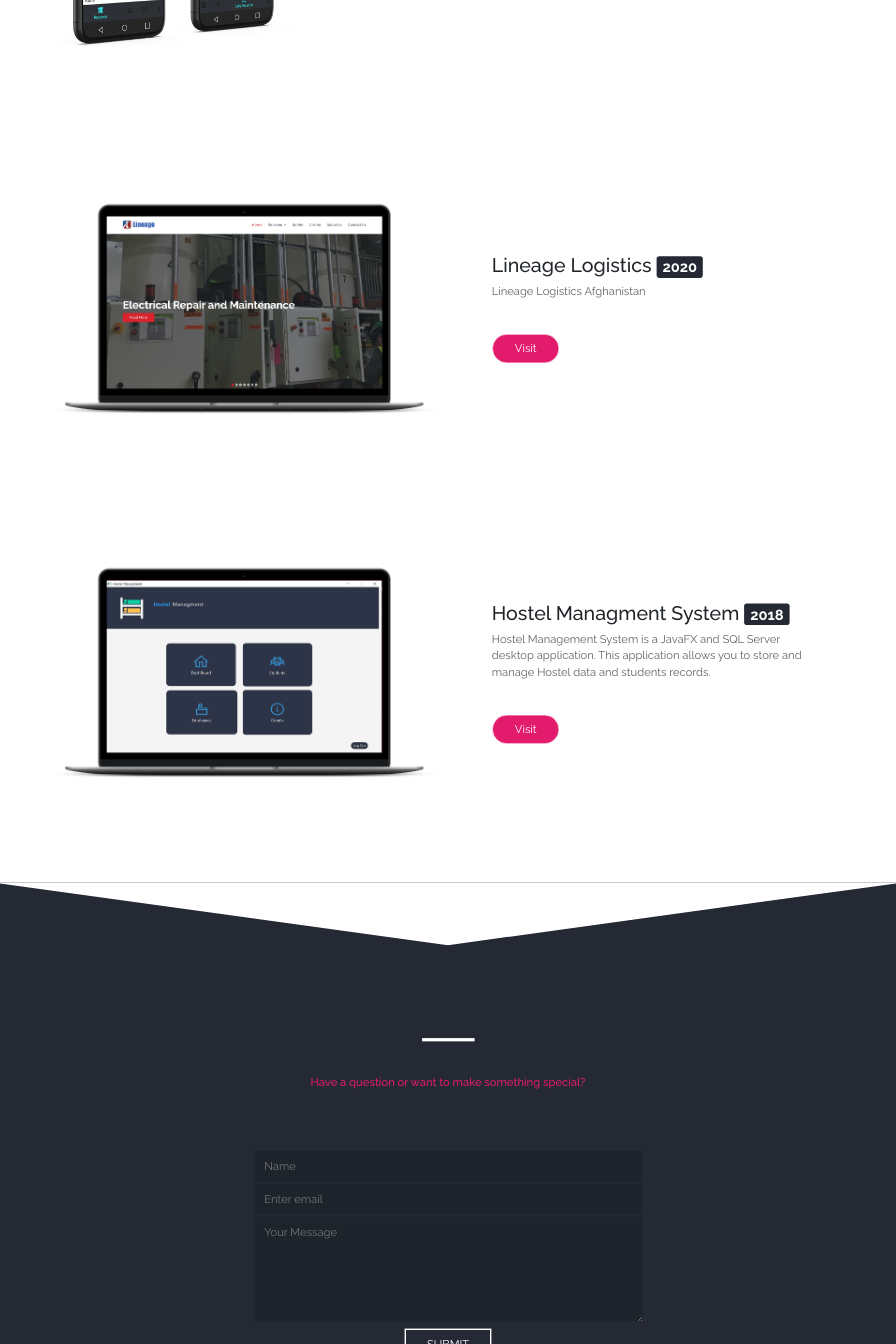
Repository: wasiqkhan/wasiqkhan.github.io
Page: index.html
These files come from the project's save history. The page is drawn as it stood at one moment and after the next save; the edit follows.
The browser window is 1280 px wide. The pictures show the part of the page from y = 2620 to 4540 px (the page is 5002 px tall), at 70% of full size.
Some web fonts or font styles are not loaded; a fallback is used.

Above is the page before, as saved 2020-12-03 00:49:34.
Not found: js/all.js
Not found: js/app.js
Not found: js/particles.js

### index.html
<!DOCTYPE html>
<html lang="en">
  <!-- Start of Async Drift Code -->
<script>
  "use strict";!function(){var r=window.driftt=window.drift=window.driftt||[];if(!r.init){if(r.invoked)return window.console&&console.error&&console.error("Drift snippet included twice.");r.invoked=!0,r.methods=["identify","config","track","reset","debug","show","ping","page","hide","off","on"],r.factory=function(e){return function(){var t=Array.prototype.slice.call(arguments);return t.unshift(e),r.push(t),r}},r.methods.forEach(function(t){r[t]=r.factory(t)}),r.load=function(t){var e=3e5*Math.ceil(new Date/3e5),r=document.createElement("script");r.type="text/javascript",r.async=!0,r.crossorigin="anonymous",r.src="https://js.driftt.com/include/"+e+"/"+t+".js";var n=document.getElementsByTagName("script")[0];n.parentNode.insertBefore(r,n)}}}(),drift.SNIPPET_VERSION="0.3.1",drift.load("8faar6gaz2cs");
  </script>
  <!-- End of Async Drift Code -->
  <head>
    <meta charset="UTF-8" />
    <meta name="viewport" content="width=device-width, initial-scale=1.0" />
    <meta http-equiv="X-UA-Compatible" content="ie=edge" />
    <meta content="Wasiq Ahmadzai Web and Mobile App Developer" name="descriptison" />
    <meta content="MERN Reactjs ReactNative Nodejs JavaScript" name="keywords" />
    <meta property="og:title" content="Mohammad Wasiq | Portfolio" />
    <meta
      property="og:description"
      content="Web and Mobile App Developer"
    />
    <meta
      property="og:image"
      content="./img/link.PNG"
    />
    <meta property="og:url" content="https://wasiqkhan.github.io/" />
    <meta name="twitter:card" content="summary_large_image">
    <meta name="twitter:site" content="https://wasiqkhan.github.io/">
    <meta name="twitter:title" content="Mohammad Wasiq | Web & Mobile App Developer" />
    <meta name="twitter:description" content="Mohammad Wasiq is a Web and Mobile App Developer with experience in MERN Stack React Native"/>
    <meta name="twitter:creator" content="Mohammad Wasiq">

    <meta
      name="twitter:image"
      content="https://github.com/wasiqkhan/wasiqkhan.github.io/blob/master/img/link.PNG"
    />

    <link href="https://fonts.googleapis.com/css?family=Raleway:400,500,600,700,800&display=swap" rel="stylesheet">
    <link href="https://fonts.googleapis.com/icon?family=Material+Icons" rel="stylesheet">
    <link
    href="./css/materialdesignicons.min.css"
    media="all"
    rel="stylesheet"
  />
    <link type="text/css" rel="stylesheet" href="./css/style.css" />
    <link type="text/css" rel="stylesheet" href="./css/bootstrap.min.css" />

    <link type="text/css" rel="stylesheet" href="./css/lightbox.css" />
    <link rel="stylesheet" href="./css/line-awesome.css">


    <link rel="shortcut icon" href="./icon.png">

    <link
      type="text/css"
      rel="stylesheet"
      media="screen and (max-width:768px)"
      href="./css/mobile.css"
    />
    <link
      type="text/css"
      rel="stylesheet"
      media="screen and (min-width:769px) and (max-width:992px)"
      href="./css/widescreen.css"
    />
    <link
      type="text/css"
      rel="stylesheet"
      media="screen and (min-width:993px) and (max-width:1199px)"
      href="./css/ipadpro.css"
    />

    <title>Mohammad Wasiq | Web & Mobile Developler</title>
  </head>

  <body id="home" >
      <!-- <div id="particles-js">

      </div> -->
    <!-- Navbar -->
    <nav class="navigation">
      <button
        type="button"
        data-toggle="collapse"
        data-target="#myNav"
        class="navbar-toggler hamburger-menu"
      >
        <div class="line1"></div>
        <div class="line2"></div>
        <div class="line3"></div>
      </button>
      <div class="bg-cover"></div>
      <div class="collapse nav-content" id="myNav">
        <div class="container-fluid">
          <div class="row">
            <div class="col-10 max-auto">
              <ul class="navbar-nav flex-lg-row flex-column nav-justified">
                <li class="nav-item">
                  <a class="nav-link m-3 link-item" href="#home">Home</a>
                </li>
                <li class="nav-item">
                  <a class="nav-link m-3 link-item" href="#about">About</a>
                </li>
                <li class="nav-item">
                  <a class="nav-link m-3 link-item" href="#service">Services</a>

                </li>
                <li class="nav-item">
                    <a class="nav-link m-3 link-item" href="#portfolio">Portfolio</a>
                  </li>

                <li class="nav-item">
                  <a class="nav-link m-3 link-item" href="#contact">Contact</a>
                </li>
              </ul>
            </div>
          </div>
        </div>
      </div>
    </nav>

    <header id="showcase">



      <div class="showcase-content">
          <h1 class="heading"><span style="color: #E31B6D">Wasiq Ahmadzai</span>.<br>Web & Mobile App Developer.</h1>

          <a href="#about" class="btnn">Read more</a>
        </div>
    </header>

    <section id="about" class="primary about">
        <h2 class="text-center m-heading">About Me</h2>
        <div class="line"></div>
      <div class="container new">
        <div class="card cardnew">

          <img src="./img/dev.PNG" class="card-img-top cut" style="margin: auto">
          <div class="card-body">
              <img src="./img/5a159554b6a61a2ba5ccdb57.PNG" class="my-img" />
              <div class="card-title">
                <h3 class="text-center">Wasiq Ahmadzai</h3>
              </div>
              <div class="card-subtitle text-center">
                <p style="color:#E31B6D"></span> Freelance <span style="color: #616161">|</span> Kabul, AFG</p>
              </div>
              <div class="links">
                  <a href="http://www.facebook.com/ahmadzai.khan.54" target="_blank"><i class="fab fa-facebook fa-2x"></i></a>
                  <a href="https://github.com/wasiqkhan" target="_blank"><i class="fab fa-github fa-2x"></i></a>

                  <a href="https://www.linkedin.com/in/mohammad-wasiq-ahmadzai-5439371b0/" target="_blank"><i class="fab fa-linkedin fa-2x"></i></a>
                </div>
          </div>
        </div>
        <div class="items">



          <div>

          <p class="info-p lead">Hi, I am a Web and Mobile App Developer with experience in MERN Stack (MongoDB, Expressjs, Reactjs, Nodejs), React Native, Firebase, MySQL. I have serious passion for amazing & responsive mobile and web apps.</p>

        </div>
        <h4 style="text-align:left">Fun Facts</h4>


         <div class="service-items flex-wrap" style="padding: 0 0">
            <div class="item fun-facts" style="margin-right: 10px ;background: #252934">
              <div>
                <i class="fas fa-coffee fa-2x mb-3" style="color:#E31B6D"></i>
                <h6 class="text-center" style="color: white">100+ Cups of Coffee</h6>

              </div>
            </div>

            <div class="item fun-facts" style="margin-right: 10px ;background: #252934">
              <div>
                  <i class="fas fa-book fa-2x mb-3" style="color:#E31B6D"></i>
                <h6 class="text-center" style="color: white">10+ Books</h6>

              </div>

            </div>

            <div class="item fun-facts" style="margin-right: 10px ;background: #252934">
              <div>
                  <i class="fas fa-bicycle fa-2x mb-3" style="color:#E31B6D"></i>
                <h6 class="text-center" style="color: white">1200km Cycled</h6>

              </div>

            </div>
            <div class="item fun-facts" style="margin-right: 10px;background: #252934">
                <div>
                    <i class="fas fa-award fa-2x mb-3" style="color:#E31B6D"></i>
                  <h6 class="text-center" style="color: white">10 Awards Won</h6>

                </div>

              </div>

          </div>



<div>
          <a href="#contact" class="hire-me">Hire Me</a>
        </div>

      </div>


          </div>

    </section>
    <section id="service" class="primary service">
      <div class="container">
        <h2 class="text-center m-heading">Services</h2>
        <div class="line"></div>

        <div class="service-items rotate fun-facts">
          <div class="item">
            <div>
              <i class="fas fa-desktop fa-6x textt mb-3"></i>
              <h3 class="text-center">Web Development</h3>
              <p class="text-center">
                Fully responsive full stack website development
              </p>
            </div>
          </div>

          <div class="item">
            <div>
                <i class="fas fa-mobile-alt fa-6x textt textt2 mb-3"></i>
              <h3 class="text-center">Mobile Apps</h3>
              <p class="text-center">
                Fast and Professional app development using latest technologies
              </p>
            </div>

          </div>

          <div class="item">
            <div>
                <i class="fas fa-rocket fa-6x  textt mb-3"></i>
              <h3 class="text-center">Launch</h3>
              <p class="text-center">
                Deployment and Maintainance

              </p>
            </div>

          </div>
        </div>
      </div>
    </section>
    <section id="portfolio" class="portfolio">
      <div class="container">
        <h2 class="text-center m-heading">Portfolio</h2>
        <div class="line"></div>

        <div class="portfolio-items row align-items-center h-100 text-center text-lg-left" style="margin-top: 120px;">
          <div class="col-lg-6 p-lg-0">
            <img src="./img/walletapp.png" height="350" >

          </div>
          <div class="col-lg-5 mx-auto py-3">
            <h3 class="h3">My Wallet
              <span class="badge badge-sm">2017</span>
            </h3>
            <p class="mb-3" style="color: #616161;">An android app that keeps track of your money, daily transactions, and expenses
            </p>
            <a href="https://bit.ly/3iEEP3P" class="visit" target="_blank">Visit</a>

          </div>

        </div>

        <div class="portfolio-items row align-items-center h-100 text-center text-lg-left " style="margin-top: 220px;">
          <div class="col-lg-6 p-lg-0">
            <img src="./img/lineageweb.png" height="300"  >

          </div>
          <div class="col-lg-5 mx-auto py-3">
            <h3 class="h3 bold">Lineage Logistics
              <span class="badge badge-sm">2020</span>
            </h3>
            <p class="mb-3" style="color: #616161;">
              Lineage Logistics Afghanistan
            </p>
            <a href="https://lineage.com.af/" class="visit" target="_blank">Visit</a>

          </div>

        </div>

        <div class="portfolio-items row align-items-center h-100 text-center text-lg-left" style="margin-top: 220px;">
          <div class="col-lg-6 p-lg-0">
            <img src="./img/hosteldes.png" height="300"  >

          </div>
          <div class="col-lg-5 mx-auto py-3">
            <h3 class="h3">Hostel Managment System
              <span class="badge badge-sm">2018</span>
            </h3>
            <p class="mb-3" style="color: #616161;">Hostel Management System is a JavaFX and SQL Server desktop application. This application allows you to store and manage Hostel data and students records.
            </p>
            <a href="https://github.com/wasiqkhan/Hostel-Management-System" class="visit" target="_blank">Visit</a>

          </div>

        </div>
      </div>
    </section>


    <section id="contact" class="contact">
      <svg preserveAspectRatio="none" viewBox="0 0 100 102" height="90" width="100%" version="1.1"
      xmlns="http://www.w3.org/2000/svg" class="svgcolor-light">

     <path d="M0 0 L50 100 L100 0 Z" fill="white" stroke="white"/>

    </svg>
      <div class="container-fluid">
        <h2 class="text-center m-heading" style="color: #fff">Contact</h2>
        <div class="line"></div>
        <div class="container">
          <h6 class="text-center py-5" style="color: #E31B6D">Have a question or want to make something special?</h6>


                <form
                class="waypoint"
                data-animation="pop-in"
                data-delay=".5s"
                id="contact-form"
              >
                <input placeholder="Name" type="text" name="name" required />
                <input
                  placeholder="Enter email"
                  type="email"
                  name="email"
                  required
                />
                <textarea
                  placeholder="Your Message"
                  type="text"
                  name="message"
                  required
                ></textarea>
                <div id="success">
                  <div>
                    Your message was sent successfully. Thanks!<span
                      id="close"
                      class="mdi mdi-close"
                    ></span>
                  </div>
                </div>
                <input class="button" type="submit" id="submit" value="SUBMIT" />
              </form>



        </div>
    </section>
    <footer id="footer">
      <div class="container">
        <div class="row">
          <div class="col text-center">
            <div class="mb-2">
              <a href="http://www.facebook.com/ahmadzai.khan.54" target="_blank" class="mx-sm-4 mx-2 social"
                ><i class="fab fa-facebook fa-2x"></i
              ></a>
              <a href="https://github.com/wasiqkhan" target="_blank" class="mx-sm-4 mx-2 social"
                ><i class="fab fa-github fa-2x"></i
              ></a>
              <a href="https://www.linkedin.com/in/mohammad-wasiq-ahmadzai-5439371b0/" target="_blank" class="mx-sm-4 mx-2 social"
                ><i class="fab fa-linkedin fa-2x"></i
              ></a>
             -->
            </div>

          </div>
        </div>
        <div class="container-fluid p-3">
            <div class="row">
              <div class="col mb-4">
                <ul class="nav justify-content-center footer-items">
                  <li class="nav-item">
                    <a href="#home" class="nav-link">Home</a>
                  </li>
                  <li class="nav-item">
                    <a href="#about" class="nav-link">About</a>
                  </li>
                  <li class="nav-item">
                    <a href="#service" class="nav-link">Services</a>
                  </li>
                  <li class="nav-item">
                      <a href="#portfolio" class="nav-link">Portfolio</a>
                    </li>

                  <li class="nav-item">
                    <a href="#contact" class="nav-link">Contact</a>
                  </li>

                </ul>
              </div>
            </div>
            <div class="row">
              <div class="col text-light text-center">
                <p>Wasiq Ahmadzai <span style="color: #E31B6D">&copy;2019</span></p>
              </div>
            </div>

      </div>
    </footer>
    <script src="./js/particles.js"></script>
    <script src="./js/app.js"></script>
    <script src="./js/jquery-3.4.1.min.js"></script>
    <script src="./js/popper.js"></script>
    <script src="./js/bootstrap.min.js"></script>
    <script src="./js/script.js"></script>
    <script src="./js/lightbox.js"></script>
    <script src="./js/all.js"></script>
  </body>
</html>

### css/mobile.css
@media (max-width: 500px) {
  #navbar {
    flex-direction: column;
    align-items: center;
  }
  .my-img {
    width: 40%;
    margin-left: 90px;
    margin-top: -100px;
  }
  .showcase-content h1 {
    font-size: 15pt;
  }
  #contact h6 {
    font-size: 9pt;
  }

  .info-p {
    margin-top: -150px;
  }

  .hire-me {
    margin-top: 40px;
  }
  .textt {
    margin-left: 70px;
  }
  .textt2 {
    margin-left: 95px;
  }
  .name {
    text-align: left;
    margin-top: 15px;
    margin-left: -30px;
  }
}

@media (min-width: 501px) and (max-width: 768px) {
  .my-img {
    margin-left: 240px;
  }
}

.info-p {
  margin-top: -100px;
}
.hire-me {
  margin-top: 30px;
}
.items {
  margin: 5rem 2rem;
  display: flex;
  flex-direction: column;
  align-items: center;
  justify-content: center;

  text-align: center;
  /* position: relative; */
  flex-wrap: wrap;
}

.items div {
  flex: 1;
}
.portfolio-items h3 {
  margin-top: 50px;
}

.portfolio-items img {
  width: 100%;
  height: auto;
  text-align: center;
  margin: auto;
}
#portfolio .portfolio-items .item {
  display: flex;
  text-align: left;
}
.service-items {
  display: block;
  padding: 1rem;
}
#service .service-items .item {
  display: flex;
  text-align: left;
}
.new {
  display: flex;
  flex-direction: column;
}

#navbar .l-heading {
  margin-bottom: 0.5rem;
  text-align: center;
}

#about .line,
#service .line,
#contact .line {
  width: 20%;
  background: #444649;
  height: 5px;
  margin: auto;
}

#contact .line {
  background: #fff;
}
#projects .line {
  width: 20%;
  background: #444649;
  height: 5px;
  margin-bottom: 50px;
  margin-top: -35px;
}
.contact-content {
  display: flex;
  flex-direction: column;
  justify-content: center;
  align-items: center;
  text-align: center;
  padding: 1rem;
}

.items p {
  text-align: justify;
}
section:nth-of-type(4) input[type="text"],
section:nth-of-type(4) input[type="email"],
section:nth-of-type(4) textarea {
  width: 100%;
}
section:nth-of-type(4) #success {
  width: 100%;
  margin: auto;
}

### css/widescreen.css
/* @media (min-width: 769px) and (max-width: 991px) { */
.new {
  display: flex;
  flex-direction: column;
}

.info-p {
  margin-top: -100px;
}
.hire-me {
  margin-top: 30px;
}
.items {
  margin: 5rem 2rem;
  display: flex;
  flex-direction: column;
  align-items: center;
  justify-content: center;

  text-align: center;
  /* position: relative; */
  flex-wrap: wrap;
}

.items div {
  flex: 1;
}
.my-img {
  margin-left: 240px;
}
/* } */

### css/ipadpro.css
.my-img {
  margin-left: 130px;
}

Loaded but not shown: css/materialdesignicons.min.css (library); css/bootstrap.min.css (library); css/lightbox.css (library); js/jquery-3.4.1.min.js (library); js/popper.js (library); js/bootstrap.min.js (library); js/lightbox.js (library); js/script.js (138 lines, source omitted); css/line-awesome.css (6582 lines, source omitted); css/style.css (537 lines, source omitted)

After the next save:
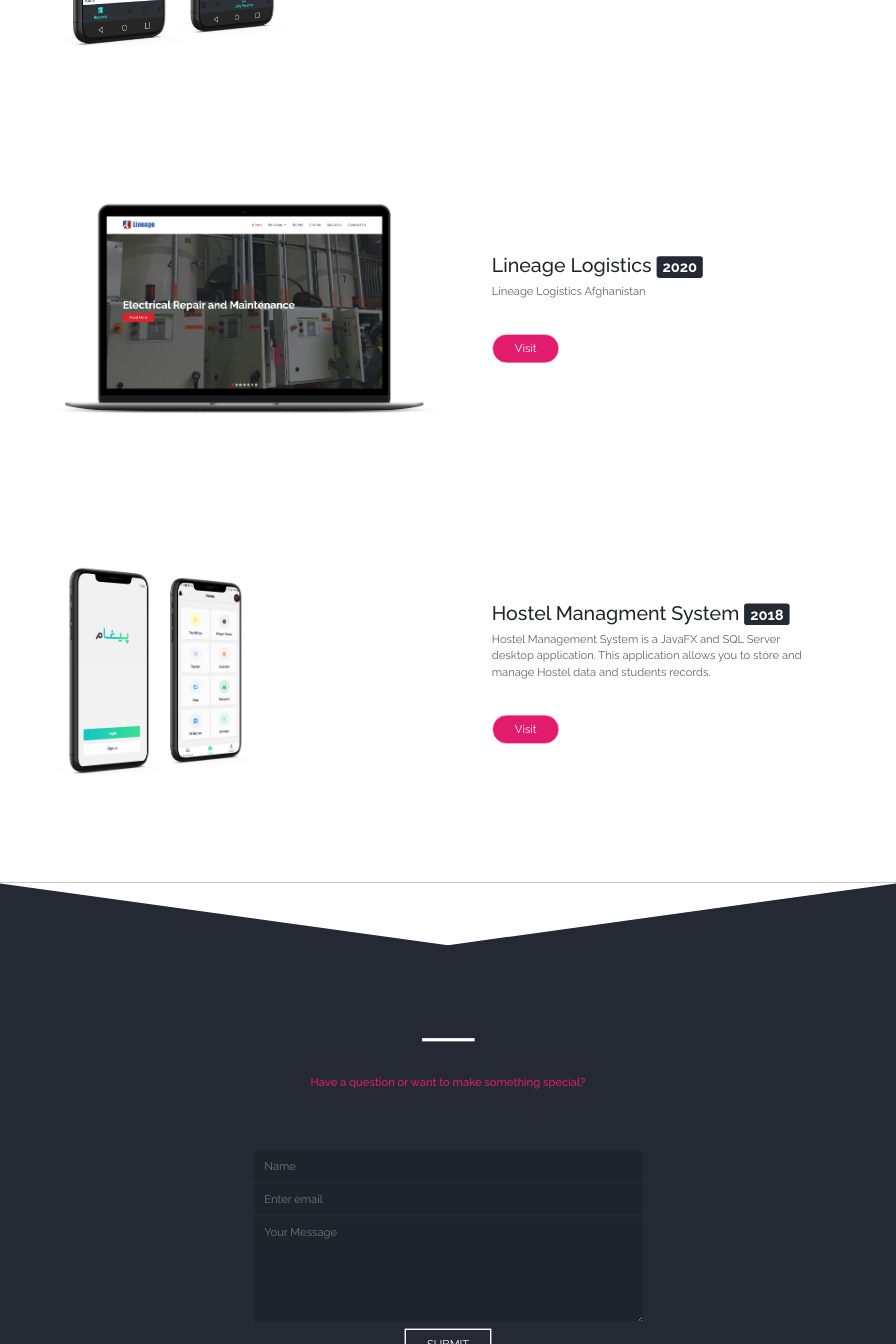
Saved 55 min 7 s later.
--- a/index.html
+++ b/index.html
@@ -294,7 +294,7 @@
 
         <div class="portfolio-items row align-items-center h-100 text-center text-lg-left" style="margin-top: 220px;">
           <div class="col-lg-6 p-lg-0">
-            <img src="./img/hosteldes.png" height="300"  >
+            <img src="./img/paigham.png" height="300"  >
 
           </div>
           <div class="col-lg-5 mx-auto py-3">
